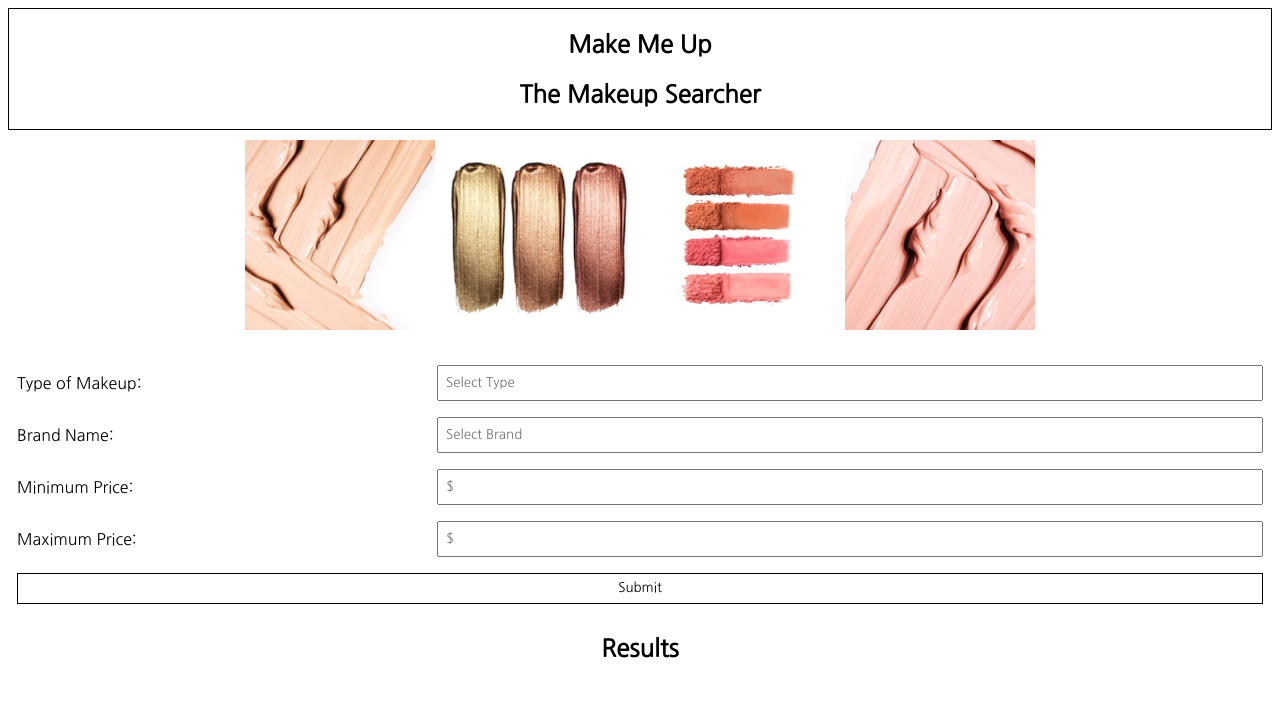
Repository: kaitlynMidori/MakeMeUp
Page: index.html
The author's editor kept a copy of each file at every save. The page is drawn from the files as they stood at one save, then again after the next save.
The browser window is 1280 px wide. The pictures show the whole page.

Above is the page before, as saved 2020-12-10 13:46:40.

### index.html
<!DOCTYPE html>
<html>

<head>
    <meta charset="utf-8">
    <meta name="viewport" content="width=device-width">
    <title>Make Me Up</title>
    <link href="style.css" rel="stylesheet" type="text/css" />
    <link rel="preconnect" href="https://fonts.gstatic.com">
    <link href="https://fonts.googleapis.com/css2?family=Nanum+Gothic&display=swap" rel="stylesheet">
</head>

<header>
    <h2>Make Me Up</h2>
    <h2>The Makeup Searcher</h2>
</header>

<body>

    <div id="img-container" class="img" style="padding: 5px;">
        <img src="images/smear1.png" alt="eyeshadow smear" height="200" width="200" style="padding: 5px;">
        <img src="images/smear2.png" alt="lipstick smear" height="200" width="200" style="padding: 5px;">
        <img src="images/smear4.jpg" alt="concealer smear" height="200" width="200" style="padding: 5px;">
        <img src="images/smear3.png" alt="blush smear" height="200" width="200" style="padding: 5px;">
    </div>

    <div class="form-container">
        <form id="js-form">
            <ul class="formWrapper">
                <li class= "form-row">
                    <label class="search-term" for="product-type">Type of Makeup:</label>
                    <input class="product-type input" type="text" name="product-type" id="product-type" placeholder="Select Type" list="product-type-list">
                    <datalist id="product-type-list">
                        <option value="Blush">
                        <option value="Bronzer">
                        <option value="Eyebrow">
                        <option value="Eyeliner">
                        <option value="Eyeshadow">
                        <option value="Foundation">
                        <option value="Lip Liner">
                        <option value="Lipstick">
                        <option value="Mascara">
                        <option value="Nail Polish">
                </datalist>
            </li>

            <li class="form-row">
                <label class="search-term" for="brand">Brand Name:</label>
                <input class="brand input" type="text" name="brand" id="brand" placeholder="Select Brand" list="brand-list">
                <datalist id="brand-list">
                    <option value="Almay">
                    <option value="Alva">
                    <option value="Anna Sui">
                    <option value="Annabelle">
                    <option value="Benefit">
                    <option value="Boosh">
                    <option value="Burt's Bees">
                    <option value="Butter London">
                    <option value="C'est Moi">
                    <option value="Cargo Cosmetics">
                    <option value="China Glaze">
                    <option value="Clinique">
                    <option value="Coastal Classic Creation">
                    <option value="Colourpop">
                    <option value="Covergirl">
                    <option value="Dalish">
                    <option value="Deciem">
                    <option value="Dior">
                    <option value="Dr. Hauschka">
                    <option value="e.l.f">
                    <option value="Essie">
                    <option value="Fenty">
                    <option value="Glossier">
                    <option value="Green People">
                    <option value="Iman">
                    <option value="L'oreal">
                    <option value="Lotus Cosmetics USA">
                    <option value="Maia's Mineral Galaxy">
                    <option value="Marcelle">
                    <option value="Marienatie">
                    <option value="Maybelline">
                    <option value="Milani">
                    <option value="Mineral Fusion">
                    <option value="Misa">
                    <option value="Mistura">
                    <option value="Moov">
                    <option value="Nudus">
                    <option value="NYX">
                    <option value="ORLY">
                    <option value="Pacifica">
                    <option value="Penny Lane Organics">
                    <option value="Physicians Formula">
                    <option value="Piggy Paint">
                    <option value="Pure Anada">
                    <option value="Rejuva Minerals">
                    <option value="Revlon">
                    <option value="Sally B's Skin Yummies">
                    <option value="Salon Perfect">
                    <option value="Sante">
                    <option value="Sinful Colours">
                    <option value="Smashbox">
                    <option value="Stila">
                    <option value="Suncoat">
                    <option value="w3llpeople">
                    <option value="wet n wild">
                    <option value="Zorah">
                    <option value="Zorah Biocosmetiques">
                </datalist>
            </li>

            <li class="form-row">
                <label class="search-term" for="min-price">Minimum Price:</label>
                <input class="min-price input" type="number" name="min-price" id="min-price-input" placeholder="$">
            </li>

            <li class="form-row">
                <label class="search-term" for="max-price">Maximum Price:</label>
                <input class="max-price input" type="number" name="max-price" id="max-price-input" placeholder="$">
            </li>

        <li class="form-row">
            <input id="submit-btn" type="submit" value="Submit">
        </li>
        </ul>
        </form>

        <p id="js-error-message" class="error-message"></p>

        <!-- <section id="yt-results" class="hidden">
            <h2>Videos</h2>
            <ul id="yt-results-list">
            </ul>
        </section> -->
    <div id="results-container" class="hidden">
        <h2>Results</h2>
            <ul id="results-list">
            </ul>
        </section>
    </div>

    <script src="https://code.jquery.com/jquery-3.3.1.js" integrity="sha256-2Kok7MbOyxpgUVvAk/HJ2jigOSYS2auK4Pfzbm7uH60=" crossorigin="anonymous"></script>
    <script src="script.js"></script>

</body>

</html>

### style.css
* {
    box-sizing: border-box;
}

hidden {
    display: none;
}

* {
    font-family: 'Nanum Gothic', sans-serif;
    color: black;
}

/* header styling */
header {
    background-color: white;
    border-style: solid;
    border-width: thin;
    border-color: black;
}

h2 {
    text-align: center;
}

/* Body styling */
body {
    background-color: white;
}

/* Image styling */

#img-container {
    display: flex;
    flex-direction: row;
    flex-wrap: nowrap;
    justify-content: center;
}

/* Form styling */
.formWrapper {
    background-color: white;
    list-style-type: none;
    padding: 0;
    border-style: solid;
    border-width: thin;
    border-color: #fbfefb;
}

.form-row {
    display: flex;
    justify-content: center;
    padding: .5em;
}

.form-row >label {
    padding: .5em 1em .5em 0;
    flex: 1;
}

.form-row > input {
    flex: 2;
}

.form-row > input,
.form-row > button {
    padding: .5em;
}

#submit-btn {
    background-color: white;
    color: black;
    border-style: solid;
    border-width: thin;
    border-color: black;
}

/* results styling */


#results-list{
    display: flex;
    flex-wrap: wrap;
    justify-content: center;
    /* list-style-type: upper-roman; */
    font-size: 12px;
}
/*
#results {
    height: 400px;
    width: 200px;
} */

.each-product-result {
    /* display: flex;
    flex-direction: column;
    align-content: center; */
    padding-left: 7px;
    list-style-type: none;
    background-color: white;
    border: lightgray;
    border-style: solid;
    border-width: thin;
    width: 200px;
    /* display: inline-flexbox;
    flex-direction: row; */
}

.each-product-result > .product-name {
    display: block;
    margin-right: auto;
    margin-left: auto;
    font-size: 12px;
    width: 160px;
}

.each-product-result > .product-img {
    /* margin-top: auto; */
    display: block;
    border: white;
    border-style: solid;
    border-width: thin;
    margin-left: auto;
    margin-right: auto;
    height: 150px;
    width: 150px;
}

.each-product-result > .product-price {
    font-style: italic;
}

.each-product-result > .product-description {
    font-size: 12px;
    font-weight: lighter;
    width: 180px;
}

### script.js
 'use strict';

const makeupURL = 'https://makeup-api.herokuapp.com/api/v1/products.json';

//watch form
//prevent submit btn default
//collect values for user input
function watchForm() {
    $('form').submit(event => {
        event.preventDefault();
        const searchTerm = $('#product-type').val();
        const brand = $('#brand').val();
        const minPrice = $('#min-price-input').val();
        const maxPrice = $('#max-price-input').val();
        getMakeUp(searchTerm, brand, minPrice, maxPrice);
        // getYoutubeVideo(searchTerm, brand);
    });
}

//format url
function formatQueryParams(params) {
    const queryItems = Object.keys(params)
        .map(key => `${encodeURIComponent(key)}=${encodeURIComponent(params[key])}`)
    return queryItems.join('&');
}

function getMakeUp(searchTerm, brand, minPrice, maxPrice) {
    const params = {
        product_type: searchTerm,
        brand: brand,
        price_greater_than: minPrice,
        price_less_than: maxPrice,
    };

    const queryString = formatQueryParams(params)
    const url = makeupURL + '?' + queryString;
    console.log(url);

    fetch(url)
        .then(response => {
            if (response.ok) {
                return response.json();
            }
            throw new Error(response.statusText);
        })
        .then(responseJson => displayResults(responseJson))
        .catch(err => {
            $('#js-error-message').text(`Something went wrong: ${err.message}`);
        });
}

function displayResults(responseJson) {
    // if there are previous results, remove them
    console.log(responseJson);
    $('#results-list').empty();

    //if there are no results, display a msg
    if (!Object.keys(responseJson).length) {
        $('#results-list').append(`<h2>Sorry, No Products Found For That Make-Up and/or Brand</h2>`);
    }
    // iterate through the items array
    for (let i = 0; i < responseJson.length; i++) {

        // for each makeup object in the items array, add a list item to the results
        //list with the full name, img, price, description, url
        $('#results-list').append(
            `<li class="each-product-result">
      <h3 class="product-name">${responseJson[i].name}</h3>
      <img class="product-img" src="${responseJson[i].image_link}">

      <br>

      <p class="product-price">$${responseJson[i].price}</p>
      <p class="product-description">${responseJson[i].description}</p>
      </li>`
        )
    };

    //display the results section
    $('#results').removeClass('hidden');

    //clear input after results load
    // $('#tag').val('')
    $('#product-type').val('')
    $('#brand').val('')
    $('#min-price-input').val('');
    $('#max-price-input').val('');
};

$(watchForm);

After the next save:
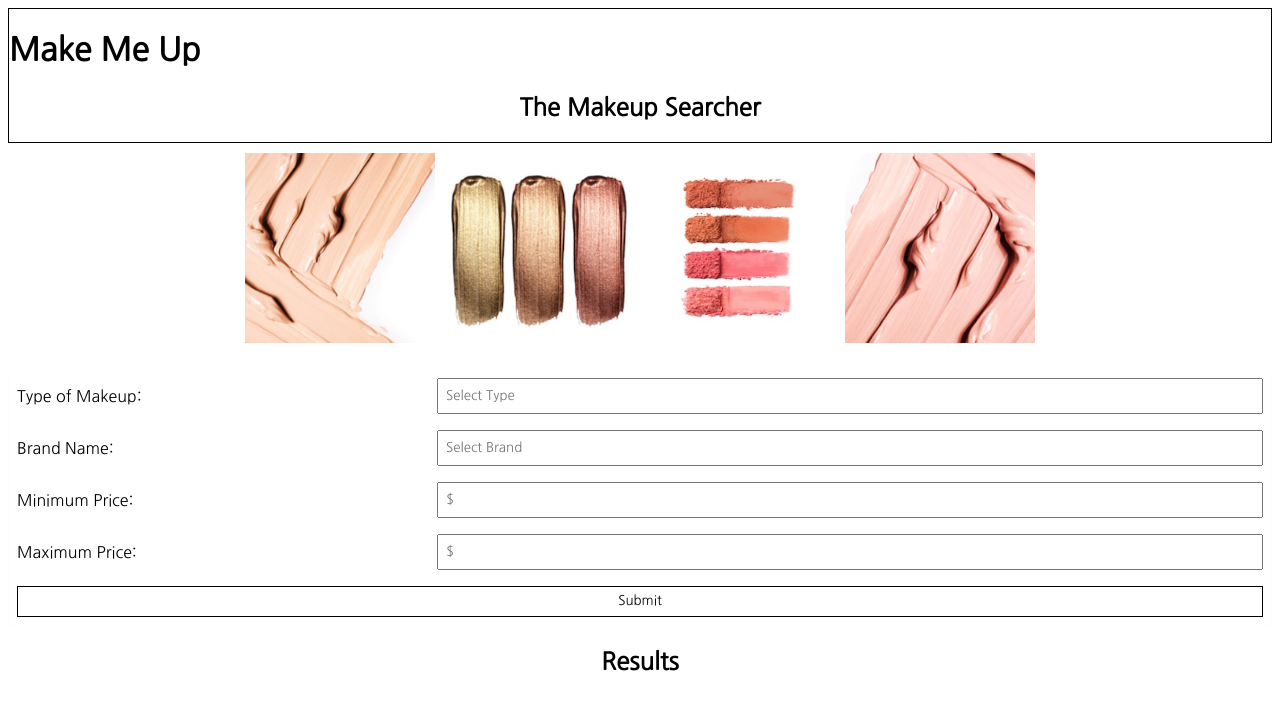
Saved 16 min 38 s later.
--- a/index.html
+++ b/index.html
@@ -11,7 +11,7 @@
 </head>
 
 <header>
-    <h2>Make Me Up</h2>
+    <h1>Make Me Up</h1>
     <h2>The Makeup Searcher</h2>
 </header>
 
